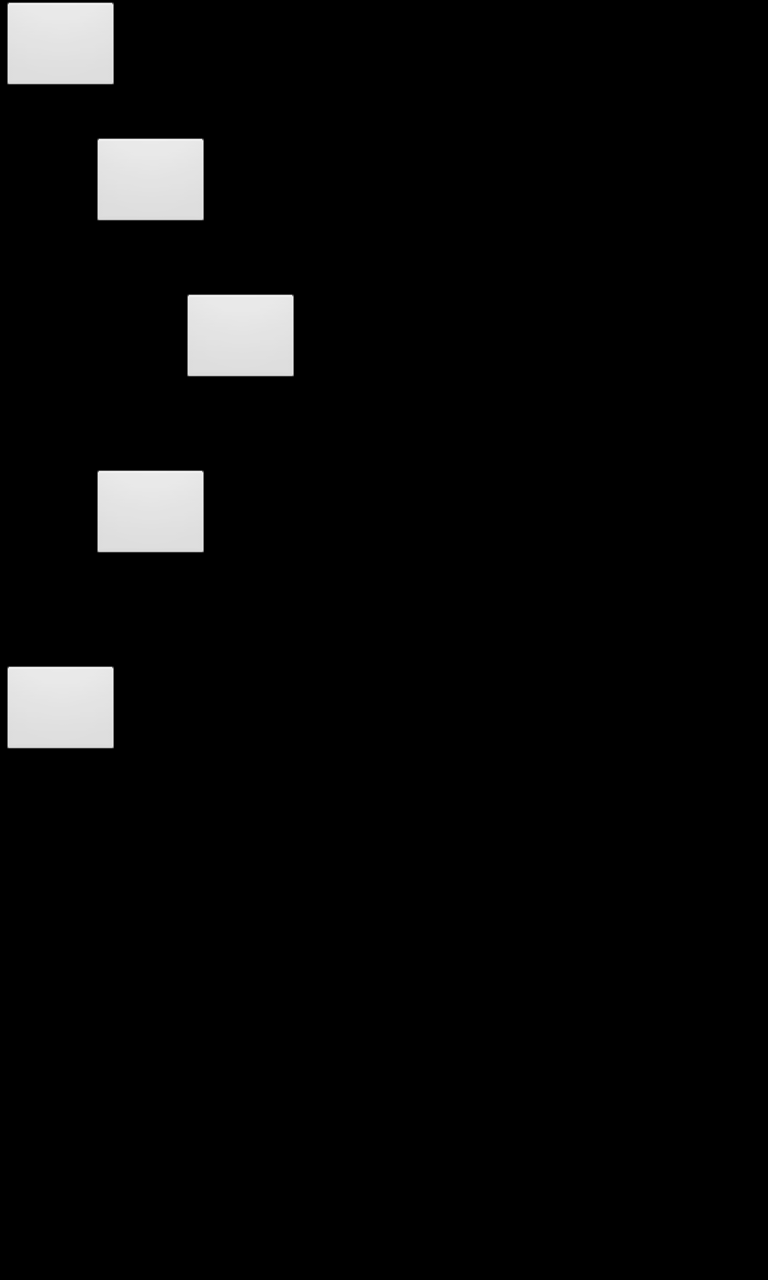
Repository: androportal/APL-apk
Layout: test/imagebuttons/res/layout/main.xml
These files come from the project's save history. The layout is drawn as it stood at one moment and after the next save; the edit follows.
It is drawn on a 768 x 1280 px phone screen (xhdpi) without system bars, with theme android:Theme; the app's code is not run.

Above is the layout before, as saved 2012-05-21 18:07:44.

After the next save:
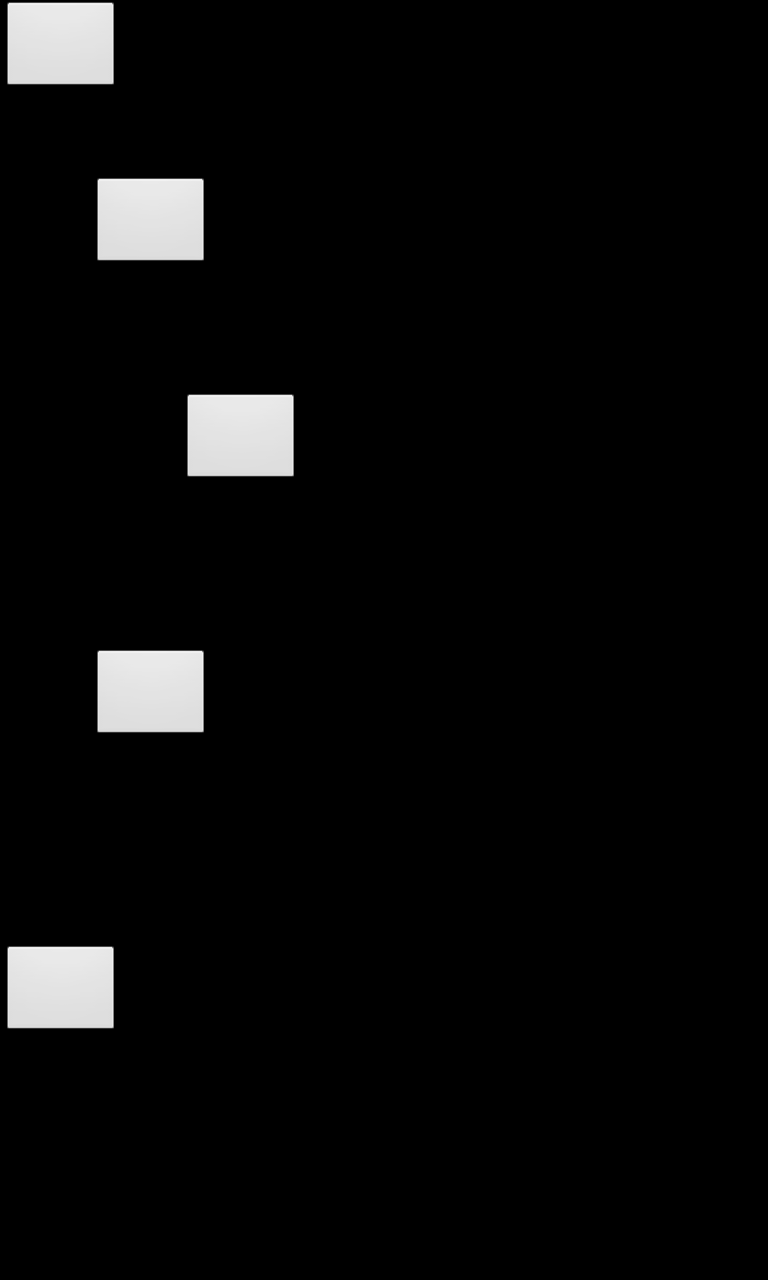
Saved 51 s later.
--- a/test/imagebuttons/res/layout/main.xml
+++ b/test/imagebuttons/res/layout/main.xml
@@ -9,7 +9,7 @@
         android:layout_width="61dp"
         android:layout_height="wrap_content"
         android:layout_margin="0dp"
-         android:layout_marginTop="10dp"
+         android:layout_marginTop="20dp"
         android:src="@drawable/i" />
 
     <ImageButton
@@ -19,7 +19,7 @@
         android:src="@drawable/i"
         android:tint="#067837"
         android:layout_marginLeft="45dp"
-        android:layout_marginTop="20dp"
+        android:layout_marginTop="40dp"
         />
 
     <ImageButton
@@ -28,7 +28,7 @@
         android:layout_height="wrap_content"
         android:src="@drawable/i"
          android:layout_marginLeft="90dp"
-          android:layout_marginTop="30dp"/>
+          android:layout_marginTop="60dp"/>
 
     <ImageButton
         android:id="@+id/ImageButton03"
@@ -36,7 +36,7 @@
         android:layout_height="wrap_content"
         android:src="@drawable/i"
       android:layout_marginLeft="45dp"
-       android:layout_marginTop="40dp"/>
+       android:layout_marginTop="80dp"/>
 
     <ImageButton
         android:id="@+id/ImageButton04"
@@ -44,6 +44,6 @@
         android:layout_height="wrap_content"
         android:src="@drawable/i"
          android:layout_marginLeft="0dp"
-          android:layout_marginTop="50dp"/>
+          android:layout_marginTop="100dp"/>
 
 </LinearLayout>
